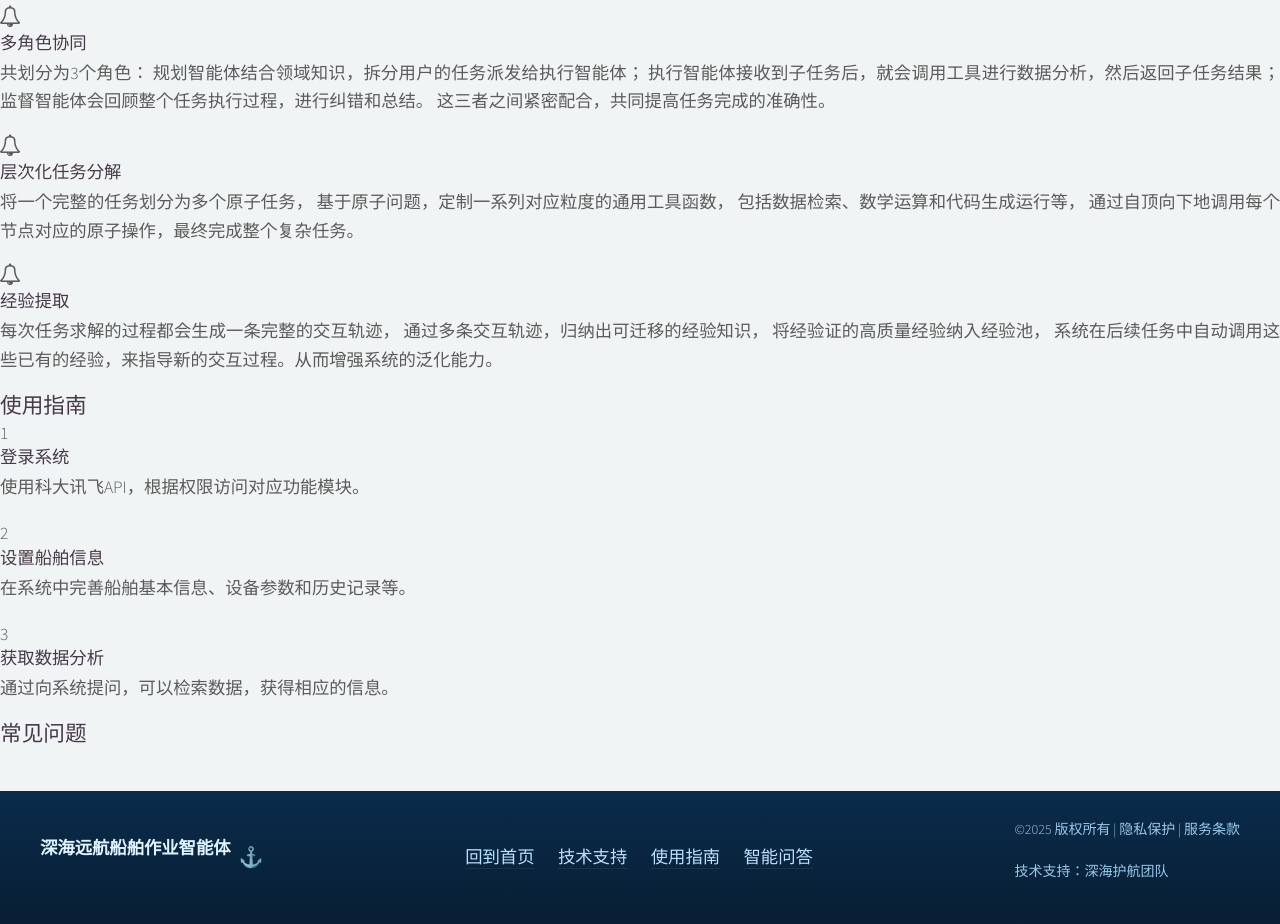
Repository: ShiCheng0104/AIC
Page: QingJing-agent/前端/深海远航船舶作业智能体/About.html
The author's editor kept a copy of each file at every save. The page is drawn from the files as they stood at one save, then again after the next save.
The browser window is 1280 px wide. The pictures show the part of the page from y = 387 to 1339 px (the page is 1311 px tall before and 1339 px after).
Backgrounds fixed to the window are drawn as part of the page.

Above is the page before, as saved 2025-07-03 14:15:57.

### QingJing-agent/前端/深海远航船舶作业智能体/About.html
<!DOCTYPE HTML>
<!--
	Helios 1.5 by HTML5 UP
	html5up.net | @n33co
	Free for personal and commercial use under the CCA 3.0 license (html5up.net/license)
-->
<html>
	<head>
		<title>Right Sidebar - Helios by HTML5 UP</title>
		<meta http-equiv="content-type" content="text/html; charset=utf-8" />
		<meta name="description" content="" />
		<meta name="keywords" content="" />
		<link href="http://fonts.googleapis.com/css?family=Source+Sans+Pro:300,400,600" rel="stylesheet" type="text/css" />
		<!--[if lte IE 8]><script src="js/html5shiv.js"></script><![endif]-->
		<script src="js/jquery.min.js"></script>
		<script src="js/jquery.dropotron.min.js"></script>
		<script src="js/skel.min.js"></script>
		<script src="js/skel-panels.min.js"></script>
		<script src="js/init.js"></script>
		<noscript>
			<link rel="stylesheet" href="css/skel-noscript.css" />
			<link rel="stylesheet" href="css/style.css" />
			<link rel="stylesheet" href="css/style-desktop.css" />
			<link rel="stylesheet" href="css/style-noscript.css" />
		</noscript>
		<!--[if lte IE 8]><link rel="stylesheet" href="css/ie8.css" /><![endif]-->
	</head>
	<body class="right-sidebar">

		<!-- Header -->
			<div id="header">

				<!-- Inner -->
					<div class="inner">
						<header>
							<h1><a href="#" id="logo">深海远航船舶作业智能体</a></h1>
						</header>
					</div>

				<!-- Nav -->
					<nav id="nav">
						<ul>
							<li><a href="index.html">Home</a></li>

							<li><a href="Our_Team.html">Our Team</a></li>
							<li><a href="About.html">About</a></li>
							<li><a href="interaction.html">Q&A</a></li>
						</ul>
					</nav>

			</div>

		<!-- Main -->
		<main class="flex-1 container mx-auto px-4 py-6">
			<div
				class="max-w-4xl mx-auto bg-white rounded-2xl shadow-soft overflow-hidden flex flex-col transform transition-all duration-300 hover:shadow-hover">
				<!-- 关于页面头部 -->
				<div class="p-6 bg-gradient-primary text-white">

					<p class="mt-2 text-primary-100 opacity-90">
						为远洋船舶提供智能化数据分析，提升作业准确率。
					</p>
				</div>

				<!-- 系统介绍 -->
				<div class="p-6 border-b border-gray-100">
					<h3 class="text-xl font-semibold text-dark mb-4">系统概述</h3>
					<p class="text-gray-600 leading-relaxed">
						基于科大讯飞大模型的多角色协同、
						基于层次分解树的任务路径动态规划以及深远海船舶领域的经验自动提取，
						我们构建了一个的具有稳定执行能力、螺旋式优化能力，并能快速泛化至新场景的多智能体系统框架。
						系统可以帮助用户更好地“看见数据”，
						帮助船舶运营企业降低成本、减少对人工依赖程度，实现智能化转型升级。
					</p>
				</div>

				<!-- 功能亮点 -->
				<div class="p-6 border-b border-gray-100">
					<h3 class="text-xl font-semibold text-dark mb-6">核心方式</h3>

					<div class="grid grid-cols-1 md:grid-cols-2 gap-6">
						<!-- 功能卡片 1 -->
						<div
							class="bg-white rounded-xl shadow-message border border-neutralDark p-5 hover:shadow-hover transition-all duration-300 transform hover:-translate-y-1">
							<div class="bg-primary/10 w-12 h-12 rounded-full flex items-center justify-center mb-4">
								<i class="fa fa-bell-o text-primary text-xl"></i>
							</div>
							<h4 class="text-lg font-semibold text-dark">多角色协同</h4>
							<p class="text-gray-600 mt-2">
								共划分为3个角色：
								规划智能体结合领域知识，拆分用户的任务派发给执行智能体；
								执行智能体接收到子任务后，就会调用工具进行数据分析，然后返回子任务结果；
								监督智能体会回顾整个任务执行过程，进行纠错和总结。

								这三者之间紧密配合，共同提高任务完成的准确性。

							</p>
						</div>

						<!-- 功能卡片 2 -->
						<div
							class="bg-white rounded-xl shadow-message border border-neutralDark p-5 hover:shadow-hover transition-all duration-300 transform hover:-translate-y-1">
							<div class="bg-primary/10 w-12 h-12 rounded-full flex items-center justify-center mb-4">
								<i class="fa fa-bell-o text-primary text-xl"></i>
							</div>
							<h4 class="text-lg font-semibold text-dark">层次化任务分解</h4>
							<p class="text-gray-600 mt-2">
								将一个完整的任务划分为多个原子任务，
								基于原子问题，定制一系列对应粒度的通用工具函数，
								包括数据检索、数学运算和代码生成运行等，
								通过自顶向下地调用每个节点对应的原子操作，最终完成整个复杂任务。
							</p>
						</div>

						<!-- 功能卡片 3 -->
						<div
							class="bg-white rounded-xl shadow-message border border-neutralDark p-5 hover:shadow-hover transition-all duration-300 transform hover:-translate-y-1">
							<div class="bg-primary/10 w-12 h-12 rounded-full flex items-center justify-center mb-4">
								<i class="fa fa-bell-o text-primary text-xl"></i>
							</div>
							<h4 class="text-lg font-semibold text-dark">经验提取</h4>
							<p class="text-gray-600 mt-2">
								每次任务求解的过程都会生成一条完整的交互轨迹，
								通过多条交互轨迹，归纳出可迁移的经验知识，
								将经验证的高质量经验纳入经验池，
								系统在后续任务中自动调用这些已有的经验，来指导新的交互过程。从而增强系统的泛化能力。
							</p>
						</div>


					</div>
				</div>

				<!-- 使用指南 -->
				<div class="p-6 border-b border-gray-100">
					<h3 class="text-xl font-semibold text-dark mb-6">使用指南</h3>

					<div class="space-y-6">
						<!-- 步骤 1 -->
						<div class="flex">
							<div
								class="bg-primary text-white w-8 h-8 rounded-full flex items-center justify-center flex-shrink-0 mr-4">
								1</div>
							<div>
								<h4 class="text-lg font-semibold text-dark">登录系统</h4>
								<p class="text-gray-600 mt-1">
									使用科大讯飞API，根据权限访问对应功能模块。
								</p>
							</div>
						</div>

						<!-- 步骤 2 -->
						<div class="flex">
							<div
								class="bg-primary text-white w-8 h-8 rounded-full flex items-center justify-center flex-shrink-0 mr-4">
								2</div>
							<div>
								<h4 class="text-lg font-semibold text-dark">设置船舶信息</h4>
								<p class="text-gray-600 mt-1">
									在系统中完善船舶基本信息、设备参数和历史记录等。
								</p>
							</div>
						</div>

						<!-- 步骤 3 -->
						<div class="flex">
							<div
								class="bg-primary text-white w-8 h-8 rounded-full flex items-center justify-center flex-shrink-0 mr-4">
								3</div>
							<div>
								<h4 class="text-lg font-semibold text-dark">获取数据分析</h4>
								<p class="text-gray-600 mt-1">
									通过向系统提问，可以检索数据，获得相应的信息。
								</p>
							</div>
						</div>


					</div>
				</div>

				<!-- 常见问题 -->
				<div class="p-6">
					<h3 class="text-xl font-semibold text-dark mb-6">常见问题</h3>

					<div class="space-y-4">

				</div>
				</main>



		<!--footer-->
		<footer>
			<div class="footer-container">
				<!-- 品牌+场景符号 -->
				<div class="footer-brand">
					<p>深海远航船舶作业智能体</p>
					<span class="ship-icon">⚓</span> <!-- 船舶锚点符号，或替换成简约船舶SVG -->
				</div>
				<!-- 实用链接区 -->
				<div class="footer-links">
					<a href="index.html">回到首页</a>
					<a href="Our_Team.html">技术支持</a>
					<a href="About.html">使用指南</a>
					<a href="interaction.html">智能问答</a>
				</div>
				<!-- 合规信息 -->
				<div class="footer-legal">
					<p>©2025 版权所有 | 隐私保护 | 服务条款</p>
					<p>技术支持：深海护航团队</p>
				</div>
			</div>
		</footer>

		<style>
			footer {
				background: linear-gradient(to bottom, #0a2b4b, #081e33);
				/* 深海渐变，强化场景 */
				color: #e0f3ff;
				padding: 24px;
			}

			.footer-container {
				max-width: 1200px;
				margin: 0 auto;
				display: flex;
				flex-wrap: wrap;
				justify-content: space-between;
				align-items: center;
			}

			.footer-brand {
				display: flex;
				align-items: center;
				gap: 8px;
				font-weight: bold;
			}

			.ship-icon {
				font-size: 20px;
				color: #6ccfff;
			}

			.footer-links a {
				color: #b9e1ff;
				margin: 0 10px;
				text-decoration: none;
				transition: color 0.3s;
			}

			.footer-links a:hover {
				color: #6ccfff;
			}

			.footer-legal {
				font-size: 14px;
				color: #99c8e9;
			}
		</style>

	</body>
</html>

### QingJing-agent/前端/深海远航船舶作业智能体/css/style-wide.css
/*
	Helios 1.5 by HTML5 UP
	html5up.net | @n33co
	Free for personal and commercial use under the CCA 3.0 license (html5up.net/license)
*/

/*********************************************************************************/
/* Basic                                                                         */
/*********************************************************************************/

	body,input,textarea,select
	{
		font-size: 14pt;
		line-height: 1.75em;
	}

/*********************************************************************************/
/* Carousel                                                                      */
/*********************************************************************************/

	.carousel
	{
		padding: 1.5em 0 1.5em 0;
	}

		.carousel .reel
		{
			padding: 0 1.5em 0 1.5em;
		}

		.carousel article
		{
			width: 18em;
			margin: 0 1.25em 0 0;
		}

### QingJing-agent/前端/深海远航船舶作业智能体/css/style-normal.css
/*
	Helios 1.5 by HTML5 UP
	html5up.net | @n33co
	Free for personal and commercial use under the CCA 3.0 license (html5up.net/license)
*/

/*********************************************************************************/
/* Wrapper                                                                       */
/*********************************************************************************/

	.wrapper
	{
		padding-left: 2em;
		padding-right: 2em;
	}

/*********************************************************************************/
/* Header                                                                        */
/*********************************************************************************/

	#header
	{
	}

		#header .inner
		{
			padding-left: 2em;
			padding-right: 2em;
		}

/*********************************************************************************/
/* Banner                                                                        */
/*********************************************************************************/

	#banner
	{
		padding-left: 2em;
		padding-right: 2em;
	}

/*********************************************************************************/
/* Footer                                                                        */
/*********************************************************************************/

	#footer
	{
		padding-left: 2em;
		padding-right: 2em;
	}

### QingJing-agent/前端/深海远航船舶作业智能体/css/style-narrow.css
/*
	Helios 1.5 by HTML5 UP
	html5up.net | @n33co
	Free for personal and commercial use under the CCA 3.0 license (html5up.net/license)
*/

### QingJing-agent/前端/深海远航船舶作业智能体/css/style-narrower.css
/*
	Helios 1.5 by HTML5 UP
	html5up.net | @n33co
	Free for personal and commercial use under the CCA 3.0 license (html5up.net/license)
*/

/*********************************************************************************/
/* Basic                                                                         */
/*********************************************************************************/

	body,input,textarea,select
	{
		font-size: 13pt;
		line-height: 1.65em;
	}

	.tweet
	{
		text-align: center;
	}

	.timestamp
	{
		display: block;
		text-align: center;
	}

/*********************************************************************************/
/* Footer                                                                        */
/*********************************************************************************/

	#footer
	{
		padding: 4em 2em 4em 2em;
	}

/*********************************************************************************/
/* Carousel                                                                      */
/*********************************************************************************/

	.carousel
	{
		padding: 1.25em 0 1.25em 0;
	}

		.carousel article
		{
			width: 18em;
			margin: 0 1em 0 0;
		}

Loaded but not shown: QingJing-agent/前端/深海远航船舶作业智能体/js/jquery.min.js (library); QingJing-agent/前端/深海远航船舶作业智能体/js/jquery.dropotron.min.js (library); QingJing-agent/前端/深海远航船舶作业智能体/js/skel.min.js (library); QingJing-agent/前端/深海远航船舶作业智能体/js/skel-panels.min.js (library); QingJing-agent/前端/深海远航船舶作业智能体/js/init.js (385 lines, source omitted); QingJing-agent/前端/深海远航船舶作业智能体/css/style.css (1600 lines, source omitted)

After the next save:
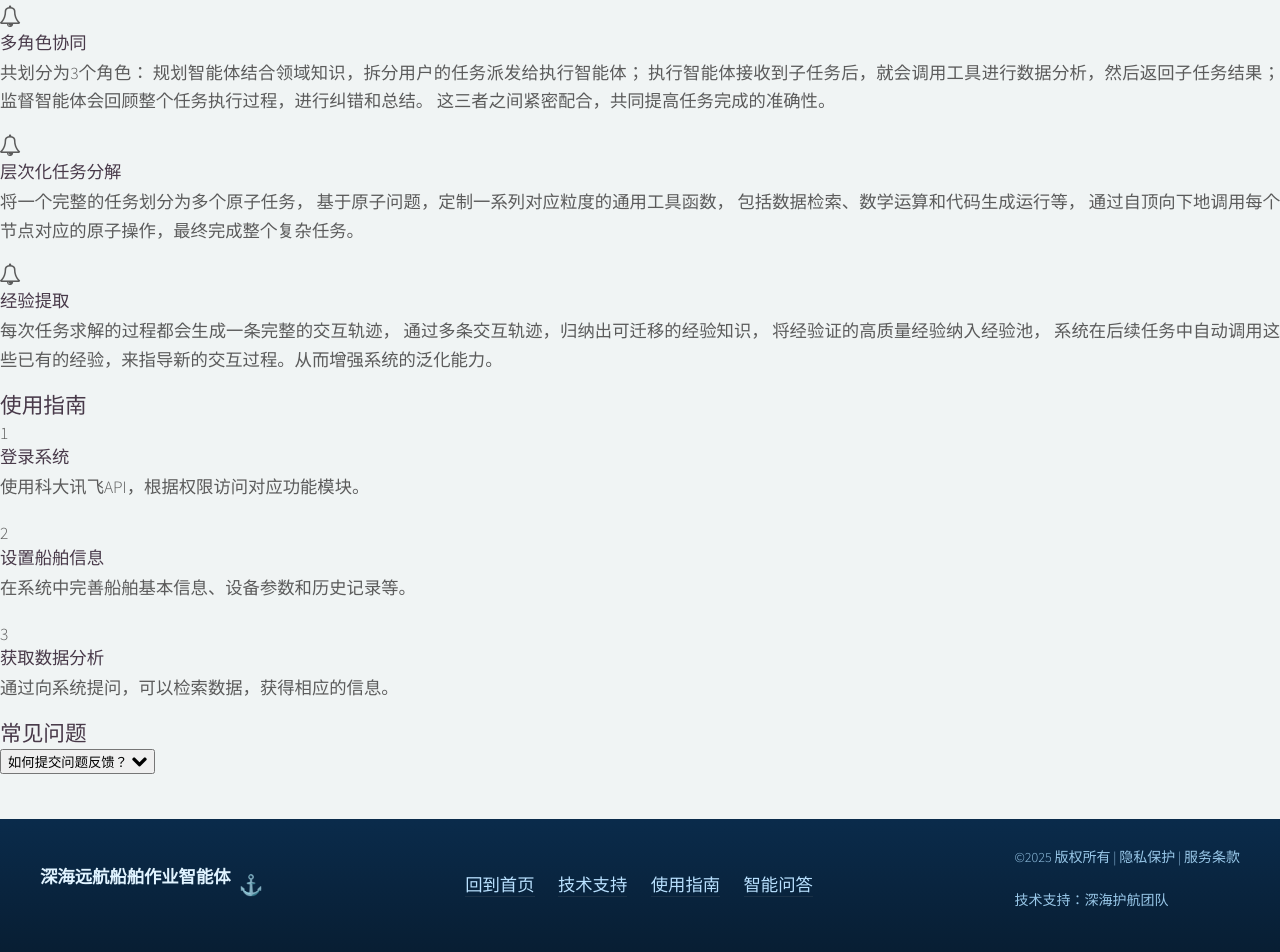
Saved 14 s later.
--- a/QingJing-agent/前端/深海远航船舶作业智能体/About.html
+++ b/QingJing-agent/前端/深海远航船舶作业智能体/About.html
@@ -184,7 +184,28 @@
 					<h3 class="text-xl font-semibold text-dark mb-6">常见问题</h3>
 
 					<div class="space-y-4">
-
+						<!-- 另一个独立模块示例 -->
+						<div class="border border-neutralDark rounded-lg overflow-hidden max-w-xl mx-auto my-8">
+							<button
+								class="w-full px-6 py-4 text-left font-medium text-dark flex justify-between items-center hover:bg-gray-50 transition-colors"
+								onclick="toggleContent(this)">
+								<span>如何提交问题反馈？</span>
+								<i class="fa fa-chevron-down text-gray-400 transition-transform"></i>
+							</button>
+
+							<div class="px-6 py-4 bg-gray-50 border-t border-neutralDark hidden" id="contentList2">
+								<div class="mb-4">
+									<p class="text-gray-600">
+										路径 1：个人中心 → 问题反馈入口 → 填写表单提交。
+									</p>
+								</div>
+								<div>
+									<p class="text-gray-600">
+										路径 2：发送邮件至 <a href="mailto:feedback@shipai.com" class="text-blue-500">feedback@shipai.com</a> → 备注问题详情。
+									</p>
+								</div>
+							</div>
+						</div>
 				</div>
 				</main>
 

After the save that followed:
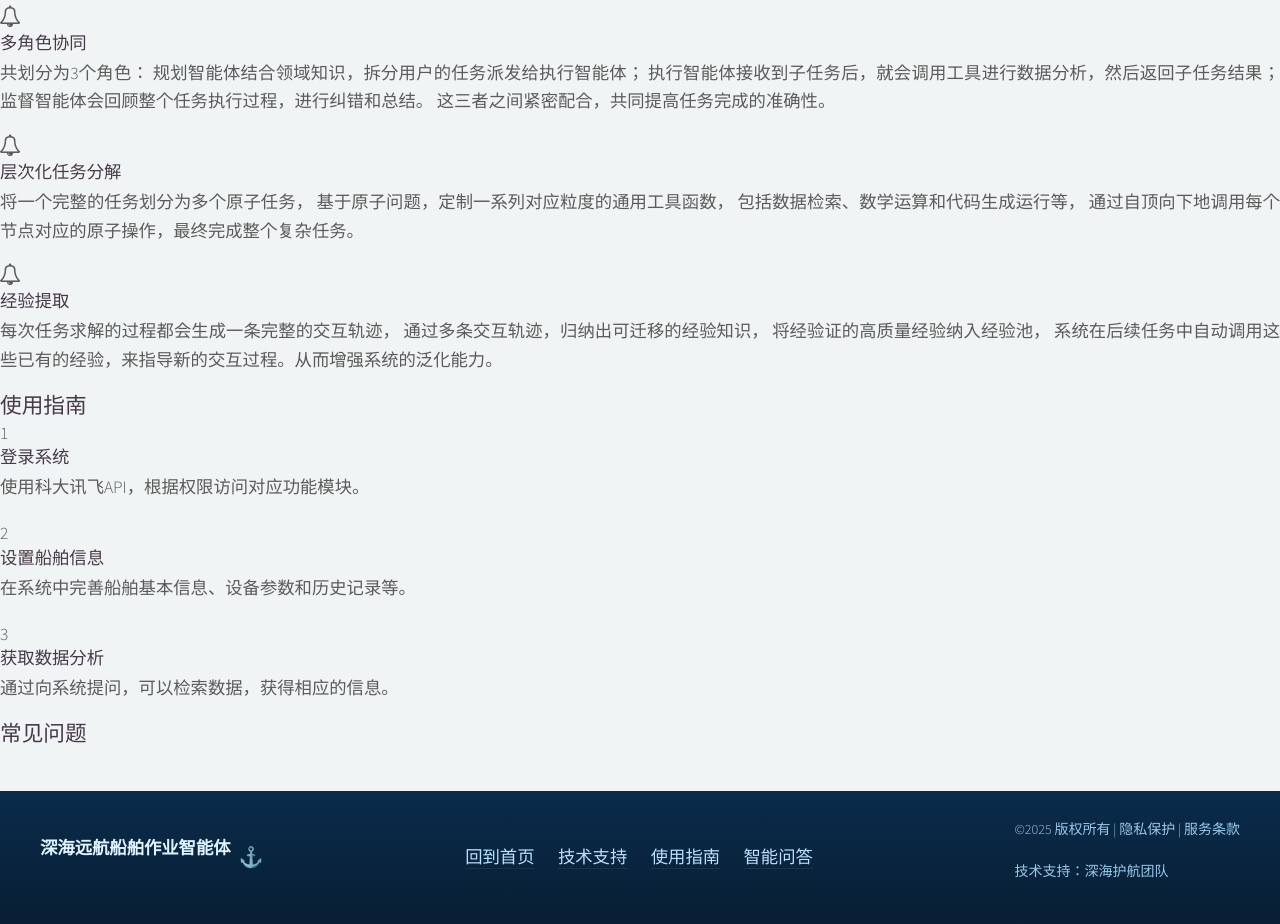
Saved 5 s later.
--- a/QingJing-agent/前端/深海远航船舶作业智能体/About.html
+++ b/QingJing-agent/前端/深海远航船舶作业智能体/About.html
@@ -184,28 +184,7 @@
 					<h3 class="text-xl font-semibold text-dark mb-6">常见问题</h3>
 
 					<div class="space-y-4">
-						<!-- 另一个独立模块示例 -->
-						<div class="border border-neutralDark rounded-lg overflow-hidden max-w-xl mx-auto my-8">
-							<button
-								class="w-full px-6 py-4 text-left font-medium text-dark flex justify-between items-center hover:bg-gray-50 transition-colors"
-								onclick="toggleContent(this)">
-								<span>如何提交问题反馈？</span>
-								<i class="fa fa-chevron-down text-gray-400 transition-transform"></i>
-							</button>
-
-							<div class="px-6 py-4 bg-gray-50 border-t border-neutralDark hidden" id="contentList2">
-								<div class="mb-4">
-									<p class="text-gray-600">
-										路径 1：个人中心 → 问题反馈入口 → 填写表单提交。
-									</p>
-								</div>
-								<div>
-									<p class="text-gray-600">
-										路径 2：发送邮件至 <a href="mailto:feedback@shipai.com" class="text-blue-500">feedback@shipai.com</a> → 备注问题详情。
-									</p>
-								</div>
-							</div>
-						</div>
+
 				</div>
 				</main>
 
